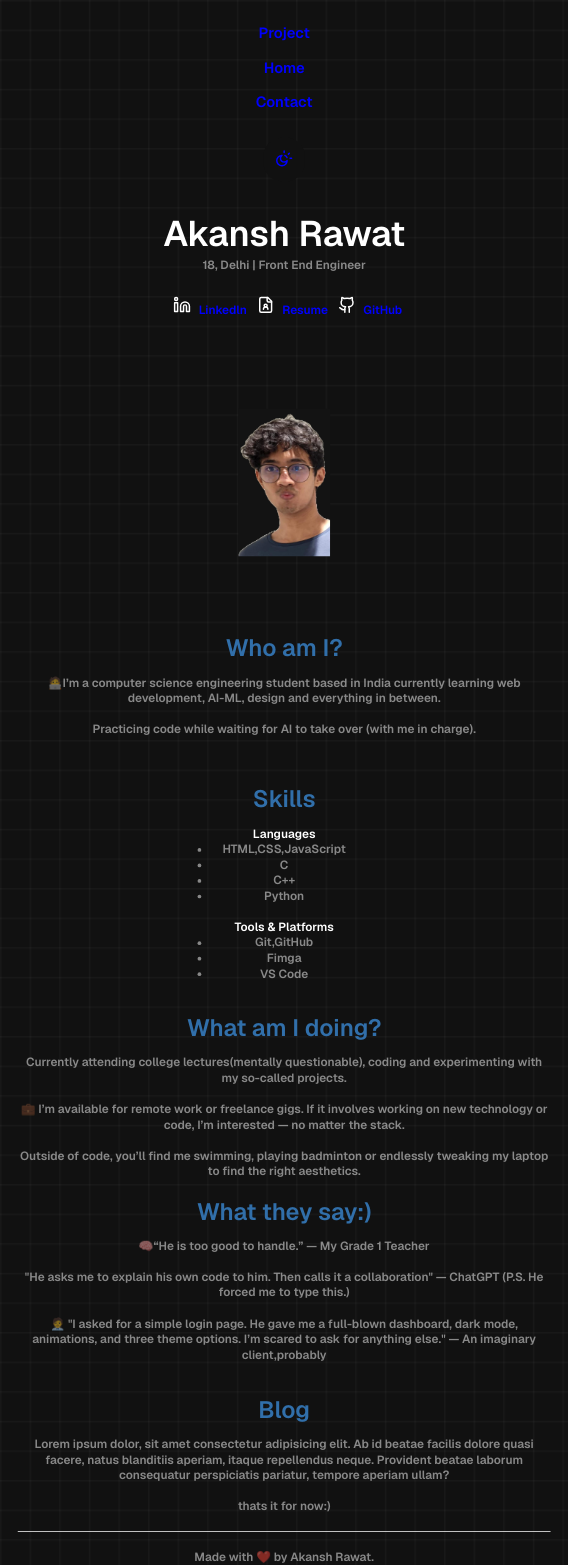
Repository: wakkawakka3/akansh-portfolio
Page: index.html
The author's editor kept a copy of each file at every save. The page is drawn from the files as they stood at one save, then again after the next save.
The browser window is 768 px wide. The pictures show the whole page, at 74% of full size.

Above is the page before, as saved 2025-07-14 18:44:04.

### index.html
<!DOCTYPE html>
<html lang="en">
  <head>
    <meta charset="UTF-8" />
    <meta name="viewport" content="width=device-width, initial-scale=1.0" />
    <title>Akansh Rawat</title>
    <link rel="stylesheet" href="style.css" />

    <link
      rel="stylesheet"
      href="https://cdnjs.cloudflare.com/ajax/libs/font-awesome/6.5.0/css/all.min.css"
    />
  </head>

  <body>
    <nav>
      <div class="navigation">
        <a href="project.html"> Project </a>
        <a href="index.html"> Home </a>
        <a href="contact.html"> Contact </a>
      </div>

      <div class="theme">
        <button>
          <svg
            xmlns="http://www.w3.org/2000/svg"
            width="24"
            height="24"
            viewBox="0 0 24 24"
            fill="none"
            stroke="currentColor"
            stroke-width="2"
            stroke-linecap="round"
            stroke-linejoin="round"
            class="lucide lucide-sun-moon-icon lucide-sun-moon"
          >
            <path d="M12 2v2" />
            <path d="M13 8.129A4 4 0 0 1 15.873 11" />
            <path d="m19 5-1.256 1.256" />
            <path d="M20 12h2" />
            <path d="M9 8a5 5 0 1 0 7 7 7 7 0 1 1-7-7" />
          </svg>
        </button>
      </div>
    </nav>

    <header>
      <h1>Akansh Rawat</h1>
      <p>18, Delhi | Front End Engineer</p>

      <div class="links">
        <a href="https://www.linkedin.com/in/akansh-rawat/" target="_blank">
          <svg
            xmlns="http://www.w3.org/2000/svg"
            width="24"
            height="24"
            viewBox="0 0 24 24"
            fill="none"
            stroke="white"
            stroke-width="2"
            stroke-linecap="round"
            stroke-linejoin="round"
            class="lucide lucide-linkedin-icon lucide-linkedin"
            style="margin: 0 10px"
          >
            <path
              d="M16 8a6 6 0 0 1 6 6v7h-4v-7a2 2 0 0 0-2-2 2 2 0 0 0-2 2v7h-4v-7a6 6 0 0 1 6-6z"
            />
            <rect width="4" height="12" x="2" y="9" />
            <circle cx="4" cy="4" r="2" />
          </svg>Linkedln
        </a>

        <a
          href="https://docs.google.com/document/d/1LXMpsQHbVlNELlHlzmizmCAFg_KoqvC19dNGiKBRQNE/edit?usp=sharing"
          target="_blank"
        >
          <svg
            xmlns="http://www.w3.org/2000/svg"
            width="24"
            height="24"
            viewBox="0 0 24 24"
            fill="none"
            stroke="white"
            stroke-width="2"
            stroke-linecap="round"
            stroke-linejoin="round"
            class="lucide lucide-file-user-icon lucide-file-user"
            style="margin: 0 10px"
          >
            <path d="M14 2v4a2 2 0 0 0 2 2h4" />
            <path d="M15 18a3 3 0 1 0-6 0" />
            <path
              d="M15 2H6a2 2 0 0 0-2 2v16a2 2 0 0 0 2 2h12a2 2 0 0 0 2-2V7z"
            />
            <circle cx="12" cy="13" r="2" />
          </svg>Resume
        </a>

        <a href="https://github.com/akansh5" target="_blank">
          <svg
            xmlns="http://www.w3.org/2000/svg"
            width="24"
            height="24"
            viewBox="0 0 24 24"
            fill="none"
            stroke="white"
            stroke-width="2"
            stroke-linecap="round"
            stroke-linejoin="round"
            class="lucide lucide-github-icon lucide-github"
            style="margin: 0 10px"
          >
            <path
              d="M15 22v-4a4.8 4.8 0 0 0-1-3.5c3 0 6-2 6-5.5.08-1.25-.27-2.48-1-3.5.28-1.15.28-2.35 0-3.5 0 0-1 0-3 1.5-2.64-.5-5.36-.5-8 0C6 2 5 2 5 2c-.3 1.15-.3 2.35 0 3.5A5.403 5.403 0 0 0 4 9c0 3.5 3 5.5 6 5.5-.39.49-.68 1.05-.85 1.65-.17.6-.22 1.23-.15 1.85v4"
            />
            <path d="M9 18c-4.51 2-5-2-7-2" />
          </svg>GitHub
        </a>
      </div>
    </header>

    <main>
      <div class="grid-container">
        <div class="image">
          <img src="attachments/profile-photo.jpg" />
        </div>

        <div class="introduction">
          <h2>Who am I?</h2>
          <p>
            🧑‍💻I’m a computer science engineering student based in India currently learning web development,
            AI-ML, design and everything in between.
            <br /><br />
            Practicing code while waiting for AI to take over (with me in
            charge).
          </p>
        </div>

        <div class="skills">
          <h2>Skills</h2>
          Languages
          <ul>
            <li>HTML,CSS,JavaScript</li>
            <li>C</li>
            <li>C++</li>
            <li>Python</li>
          </ul>
          <br />
          Tools & Platforms
          <ul>
            <li>Git,GitHub</li>
            <li>Fimga</li>
            <li>VS Code</li>
          </ul>
        </div>

        <div class="working">
          <h2>What am I doing?</h2>
          <p>
            Currently attending college lectures(mentally questionable),
            coding and experimenting with my so-called projects.
            <br /><br />
            💼 I’m available for remote work or freelance gigs. If it involves
            working on new technology or code, I’m interested — no matter the
            stack. <br /><br />
            Outside of code, you’ll find me swimming, playing badminton or
            endlessly tweaking my laptop to find the right aesthetics.
          </p>
        </div>

        <div class="testimonial">
          <h2>What they say:)</h2>
          <p>🧠“He is too good to handle.” — My Grade 1 Teacher</p>
          <br />
          <p>
            "He asks me to explain his own code to him. Then calls it a
            collaboration" — ChatGPT (P.S. He forced me to type this.)
          </p>
          <br />
          <p>
            🧑‍💼 "I asked for a simple login page. He gave me a full-blown
            dashboard, dark mode, animations, and three theme options. I’m
            scared to ask for anything else." — An imaginary client,probably
          </p>
        </div>
        <div class="blog">
          <h2>Blog</h2>
          <p>
            Lorem ipsum dolor, sit amet consectetur adipisicing elit. Ab id
            beatae facilis dolore quasi facere, natus blanditiis aperiam, itaque
            repellendus neque. Provident beatae laborum consequatur perspiciatis
            pariatur, tempore aperiam ullam?
            <br /><br />
            thats it for now:)
          </p>
        </div>
      </div>
    </main>

    <footer>
      <div class="footer-content">
        <p>Made with ❤️ by Akansh Rawat.</p>
      </div>
    </footer>
  </body>
</html>

### style.css
@font-face {
  font-family: "Geist-SemiBold";
  src: url("attachments/geist-font-1.5.0/fonts/Geist/otf/Geist-SemiBold.otf");
  font-weight: normal;
  font-style: normal;
}

* {
  margin: 0;
  padding: 0;
  box-sizing: border-box;
}

html,
body {
  height: 100%;
  display: flex;
  flex-direction: column;
  font-size: 16px;
  font-family: "Geist-SemiBold", sans-serif;
  background-color: #111;
  background-image: linear-gradient(
      to right,
      rgba(255, 255, 255, 0.03) 1px,
      transparent 3px
    ),
    linear-gradient(to bottom, rgba(255, 255, 255, 0.03) 1px, transparent 3px);
  background-size: 2.5rem 2.5rem;
  color: white;
}

h1 {
  display: inline-block;
  margin: 0 auto;
  text-align: center;
  font-size: 3rem;
  size-adjust: normal;
}

h1:hover {
  color: yellow;
  transition: color 1s ease;
}

h2 {
  font-size: 2rem;
  margin-bottom: 1rem;
  color: rgb(49, 111, 170);
}

p,
ul {
  font-size: 1rem;
  color: rgba(255, 255, 255, 0.5);
}

header {
  text-align: center;
  padding: 1.25rem;
}

nav {
  size: 2rem;
  display: flex;
  justify-content: space-between;
  align-items: center;
  flex-wrap: wrap;
  padding: 1rem;
  font-size: 1.25rem;
}

a {
  size: 2rem;
  color: blue;
  text-decoration: none;
  background-color: transparent;
}

a:hover {
  color: red;
  transition: color 1s ease;
}

nav button {
  background-color: #111;
  margin: 0.25rem;
  padding: 1rem;
}

.navigation {
  display: flex;
  padding: 1rem;
  gap: 1.25rem;
}

.theme {
  display: flex;
  align-items: center;
  justify-content: center;
}

.theme :hover {
  color: red;
  transition: color 1s ease;
}

footer {
  font-size: 1rem;
  margin: 2rem;
  text-align: center;
}

.footer-content {
  color: #8b8b8b8b;
  display: flex;
  flex-direction: column;
  margin: 2rem 0px 0px 0px;
  align-items: center;
  justify-content: center;
}

button {
  background-color: transparent;
  color: blue;
  padding: 0.625rem 1.25rem;
  border-radius: 1.5625rem;
  border: none;
  cursor: pointer;
}

.links {
  margin-top: 2rem;
}

.grid-container {
  display: grid;
  grid-template-columns: repeat(auto-fit, minmax(15rem, 1fr));
  gap: 1.5rem;
  justify-content: center;
  height: 100%;
  margin: 2.5rem auto 0;
  width: 100%;
  max-width: 45rem;
}

.grid-container .image {
  display: flex;
  justify-content: center;
  align-items: center;
  min-width: 15rem;
  min-height: 20rem;
  max-width: 100%;
  max-height: 100%;
  border-radius: 1rem;
  overflow: hidden;
}

.introduction,
.skills,
.blog,
.message,
.socials,
.location,
.project-1,
.project-2 {
  background-color: #1a1a1a;
  padding: 1.25rem;
  border: 0.125rem solid white;
  border-radius: 0.625rem;
  min-height: 20rem;
  min-width: 15rem;
  overflow: auto;
}

.image img {
  width: 100%;
  height: auto;
  max-height: 200px;
  object-fit: contain;
  border-radius: 1rem;
  display: block;
  margin: 0 auto;
}

@media (max-width: 768px) {
  .grid-container {
    grid-template-columns: 1fr;
    place-items: center;
    gap: 16px;
    border-bottom: white solid 1px;
  }

  .image,
  .introduction,
  .skills,
  .working,
  .testimonial,
  .blog {
    border: none;
    max-width: 100%;
    min-height: auto;
    background-color: transparent;
    text-align: center;
  }

  nav {
    flex-direction: column;
    gap: 0.5rem;
    align-items: center;
  }

  .navigation {
    flex-direction: column;
    align-items: center;
  }

  .theme {
    margin-top: 0.5rem;
  }
}

After the next save:
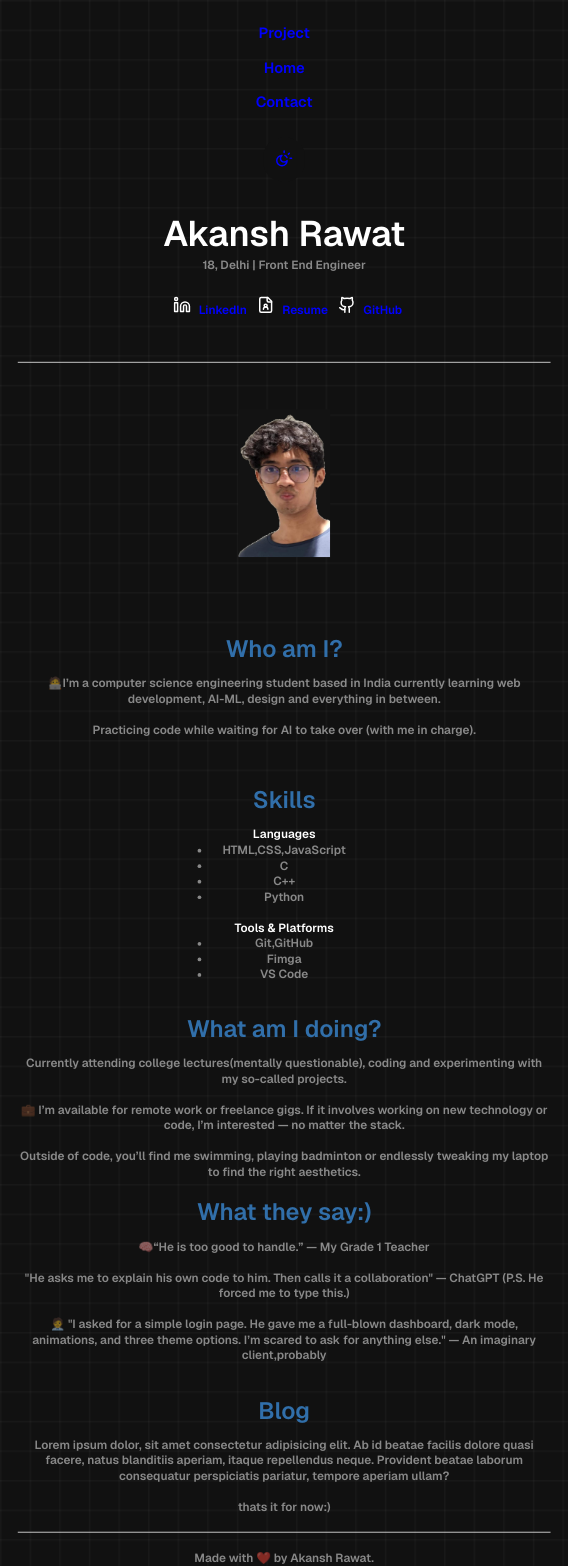
Saved 17 s later.
--- a/style.css
+++ b/style.css
@@ -188,6 +188,7 @@ button {
     place-items: center;
     gap: 16px;
     border-bottom: white solid 1px;
+    border-top: 1px solid #fff;
   }
 
   .image,
